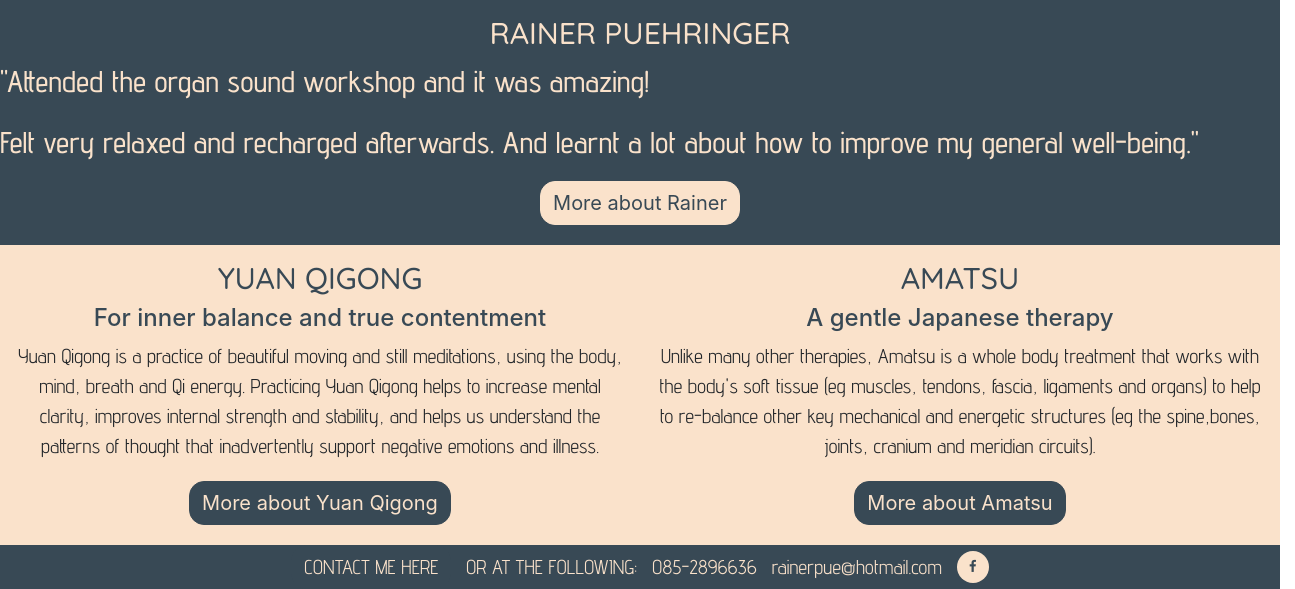
Repository: rainerpue/practitioner_website
Page: about.html
The author's editor kept a record of every edit. The page is drawn from the files as they stood at one moment, then again after the next edit.
The browser window is 1280 px wide. The page is 1295 px wide, so the pictures cover 1295 px, including what lies to the right of the window. The pictures show the part of the page from y = 216 to 805 px (the page is 805 px tall).
Some web libraries are served in a nearby version.

Above is the page before.

### about.html
<!DOCTYPE html>
<html lang="en">

<head>
    <meta charset="UTF-8">
    <meta name="viewport" content="width=device-width, initial-scale=1.0">
    <meta http-equiv="X-UA-Compatible" content="ie=edge">
    <meta name="description" content="Home page | Rainer Puehringer, Find your Energy flow">
    <meta name="keywords" content="qigong, amatsu, therapy, energy flow, body balance, harmony, Japanese therapy, yuan gong, ireland">
    <meta name="author" content="Rainer Puehringer">
    <!-- style links -->
    <link rel="stylesheet" href="https://stackpath.bootstrapcdn.com/bootstrap/4.3.1/css/bootstrap.min.css" type="text/css" />
    <link rel="stylesheet" href="https://stackpath.bootstrapcdn.com/font-awesome/4.7.0/css/font-awesome.min.css" type="text/css" />

    <!-- link to my css file comes after to make sure it render over bootstrap style -->
    <link rel="stylesheet" href="assets/css/style.css" type="text/css" />

    <title>Rainer Puehringer, Find your Energy flow with Yuan Qigong and Amatsu</title>

</head>

<body>
    <!-- navbar and logo -->
    <!-- blue background will only show on bigger screens, set to transparent for mobile device -->
    <nav class="navbar navbar-expand-md fixed-top navbar-light bg-coral">
        <!-- logo -->
        <a href="index.html" class="navbar-brand logo">
            <img src="assets/images/logo.jpeg" width="150" height="100" alt="logo">
        </a>
        <!-- button for smaller devices -->
        <button class="navbar-toggler" type="button" data-toggle="collapse" data-target="#burger" aria-controls="burger" aria-expanded="false" aria-label="Toggle navigation">
    <span class="fa fa-bars"></span>
  </button>
        <!-- navigation items which drop down vertically from burger icon in smaller devices -->
        <div class="collapse navbar-collapse" id="burger">
            <ul class="navbar-nav mr-auto text-uppercase">
                <li class="nav-item">
                    <a class="nav-link" href="index.html">Home</a>
                </li>
                <li class="nav-item">
                    <a class="nav-link" href="about.html">About</a>
                </li>
                <li class="nav-item">
                    <a class="nav-link" href="index.html">Yuan Qigong - Harmony</a>
                </li>
                <li class="nav-item">
                    <a class="nav-link" href="index.html">Amatsu - Japanese Therapy</a>
                </li>
                <li class="nav-item">
                    <a class="nav-link" href="index.html">Contact</a>
                </li>
            </ul>
        </div>
    </nav>

    <!-- end navbar -->


    <!-- about image banner -->
    <main>
        <div class="container-fluid">
            <div class="row">
                <div class="col-12 about-image">
                </div>
            </div>
        </div>

        <!-- testimonials in a carrousel -->
        <section class="bg-grey">
            <div class="row">
                <div class="col text-center">
                    <h3 class="text-uppercase">RAINER PUEHRINGER</h3>
                </div>
            </div>
            <div class="row">
                <div class="carousel-inner col-12">
                    <div class="carousel-item active" data-interval="40000">
                        <blockquote class="d-block w-100 color-slide">"Attended the organ sound workshop and it was amazing!</blockquote>
                        <blockquote class="d-block w-100 color-slide">Felt very relaxed and recharged afterwards. And learnt a lot about how to improve my general well-being."</blockquote>
                    </div>
                    <div class="carousel-item" data-interval="40000">
                        <blockquote class="d-block w-100 color-slide">"Rainer has a deep knowledge on the working of the human body and his Amatsu sessions are great at dealing with the route cause of your pains and ailments.</blockquote>
                        <blockquote class="d-block w-100 color-slide">I highly recommend him"</blockquote>
                    </div>
                    <div class="carousel-item " data-interval="40000 ">
                        <blockquote class="d-block w-100 color-slide">"Had an Amatsu session with Rainer who quickly and reliably identified sources of my posture problems, which caused me trouble for many many years.</blockquote>
                        <blockquote class="d-block w-100 color-slide">A great feeling!"</blockquote>
                    </div>
                </div>
            </div>
            <div class="container-fluid">
                <div class="row text-center">
                    <div class="col-12">
                        <a class="btn btn--gal btn--coral" href="#">More about Rainer</a>
                    </div>
                </div>
            </div>
        </section>

        <!-- brief introduction section -->

        <section class="intro bg-intro" id="intro">
            <div class="row intro">
                <div class="col-12 col-md-6 text-center">
                    <h3 class="text-uppercase color-intro">Yuan Qigong</h3>
                    <h4 class="color-intro">For inner balance and true contentment</h4>
                    <p class="content-intro">Yuan Qigong is a practice of beautiful moving and still meditations, using the body, mind, breath and Qi energy. Practicing Yuan Qigong helps to increase mental clarity, improves internal strength and stability, and helps us understand
                        the patterns of thought that inadvertently support negative emotions and illness.</p>

                    <div class="row text-center">
                        <div class="col-12">
                            <a class="btn btn--gal btn--grey" href="#">More about Yuan Qigong</a>
                        </div>
                    </div>
                </div>
                <hr class="section-divider">
                <div class="col-12 col-md-6 text-center">
                    <h3 class="text-uppercase  color-intro">Amatsu</h3>
                    <h4 class="color-intro">A gentle Japanese therapy</h4>
                    <p class="content-intro">Unlike many other therapies, Amatsu is a whole body treatment that works with the body's soft tissue (eg muscles, tendons, fascia, ligaments and organs) to help to re-balance other key mechanical and energetic structures (eg the spine,bones,
                        joints, cranium and meridian circuits).</p>
                    <div class="row text-center">
                        <div class="col-12">
                            <a class="btn btn--gal btn--grey" href="#">More about Amatsu</a>
                        </div>
                    </div>
                </div>
            </div>
        </section>
    </main>
    <!-- footer -->

    <footer>
        <div class="container-fluid footer">
            <div class="row footer-row">
                <div class="col-12 footer-contact">
                    <a class="btn btn--gal btn--grey text-uppercase" href="#">Contact Me Here</a>
                    <h5 class="text-uppercase">or at the following:</h5>
                    <p>085-2896636</p>
                    <p>rainerpue@hotmail.com</p>
                    <a class="socialmedia" href="https://www.facebook.com/YuanGongandAmatsuwithRainer/" target="_blank">
                    <i class="fa fa-facebook"></i>
                    <span class="sr-only">Facebook</span>
                    </a>
                </div>
            </div>
        </div>
    </footer>

    <script src="https://code.jquery.com/jquery-3.2.1.slim.min.js " integrity="sha384-KJ3o2DKtIkvYIK3UENzmM7KCkRr/rE9/Qpg6aAZGJwFDMVNA/GpGFF93hXpG5KkN " crossorigin="anonymous "></script>
    <script src="https://cdnjs.cloudflare.com/ajax/libs/popper.js/1.12.9/umd/popper.min.js " integrity="sha384-ApNbgh9B+Y1QKtv3Rn7W3mgPxhU9K/ScQsAP7hUibX39j7fakFPskvXusvfa0b4Q " crossorigin="anonymous "></script>
    <script src="https://maxcdn.bootstrapcdn.com/bootstrap/4.0.0/js/bootstrap.min.js " integrity="sha384-JZR6Spejh4U02d8jOt6vLEHfe/JQGiRRSQQxSfFWpi1MquVdAyjUar5+76PVCmYl " crossorigin="anonymous "></script>
</body>

</html>

### assets/css/style.css
@import url('https://fonts.googleapis.com/css?family=Advent+Pro:100,200,300,400,500,600,700|Quicksand:300,400,500,700|Poppins:100,200,300,400,500,600,700,800');

body {}

/*-----------------------------------------Colour */

.bg-coral {
    background-color: transparent;
}

.bg-grey {
    background-color: #384955;
    color: #FAE2CB;
}

.bg-intro {
    background-color: #FAE2CB;
}

.color-intro {
    color: #384955;
}

/*-----------------------------------------Special paddings/margins/texts */

.container-fluid {
    padding: 0;
    margin: 0;
}

.text-uppercase {
    text-transform: uppercase;
}

.text-center {
    text-align: center;
    margin: 0;
}

h3 {
    padding-top: 15px;
    font-family: "Quicksand", sans-serif;
    font-weight: 500;
    font-size: 30px;
}

a {
    text-decoration: none;
    cursor: pointer;
}

/*-----------------------------------------buttons */

.btn:hover {
    color: #fafafa;
    text-decoration: none;
}

.btn--gal {
    margin-bottom: 20px;
    border-radius: 15px;
    font-size: 20px;
    text-decoration: none;
    cursor: pointer;
}

.btn--grey {
    background-color: #384955;
    border-color: #384955;
    color: #FAE2CB;
}

.btn--grey:hover {
    color: #FF8863;
}

.btn--coral {
    background-color: #FAE2CB;
    border-color: #FAE2CB;
    color: #384955;
}

.btn--coral:hover {
    color: #87B0CD;
}

.btn--footer {
    color: #FAE2CB;
}

/*-----------------------------------------section divider */

.section-divider {
    width: 75px;
    height: 5px;
    border: 0;
    background-color: #fafafa;
    margin: 0;
    text-align: center;
}


/*-----------------------------------------logo */

.logo {
    display: inline-block;
    padding: 0;
    margin: 0;
    line-height: inherit;
    white-space: nowrap;
    background-position: center;
    background-repeat: no-repeat;
    transition: all .5s ease-in-out;
    -moz-transition: all .5s ease-in-out;
    -webkit-transition: all .5s ease-in-out;
}

/*-----------------------------------------burger icon */

.fa-bars {
    font-size: 30px;
    padding: 5px;
}

.navbar-light .navbar-toggler {
    border-color: rgba(0, 0, 0, .3);
    margin-right: 15px;
}

/*-----------------------------------------nav */

.navbar {
    padding: 0;
    text-align: center;
    overflow: auto;
}

.navbar-collapse {
    background-color: #FAE2CB
}

.nav-item {
    padding-left: 15px;
}

.nav-item a {
    color: #384955;
    font-family: "Quicksand", sans-serif;
    font-weight: 500;
    font-size: 20px;
    transition: background-color .2s ease-in-out, color .2s ease-in-out;
}

.nav-item a:hover {
    color: #FAE2CB!important;
    background-color: #384955;
}

/*-----------------------------------------full background image with attention */

.home-image {
    min-height: 95vh;
    align-items: center;
    position: relative;
    background: url(../images/home-image.jpg) no-repeat center center fixed;
    -webkit-background-size: cover;
    -moz-background-size: cover;
    -o-background-size: cover;
    background-size: cover;
    padding-top: 100px;
}

.opaque-overlay {
    position: absolute;
    top: 0;
    left: 0;
    height: 100%;
    width: 100%;
    background: rgba(0, 0, 0, 0.2);
}

.attention {
    width: 80%;
    color: #fafafa;
    font-family: "Advent Pro", sans-serif;
    font-size: 40px;
    font-weight: 600;
    padding-left: 15px;
    padding-top: 200px;
}

/*-----------------------------------------testimonials in carrousel */

.slide {
    position: relative;
    display: flex;
    align-items: center;
    min-height: 30vh;
    text-align: center;
    padding: 5px 30px;
}

blockquote {
    width: 80px;
    font-family: "Advent Pro", sans-serif;
    font-weight: 500;
    font-size: 30px;
}

/*-----------------------------------------home intro section */

.intro {
    width: 100%;
    padding: 0;
    margin: 0;
    min-height: 20vh;
}

.content-intro {
    font-family: "Advent Pro", sans-serif;
    font-size: 20px;
    font-weight: 400;
    margin-bottom: 20px;
}

/*-----------------------------------------footer */

.footer {
    background-color: #384955;
    margin: 0;
}

.footer-row {
    padding: 0 15px;
}

.footer-contact {
    font-family: "Advent Pro", sans-serif;
    text-align: center;
    align-items: center;
    justify-content: center;
    color: #FAE2CB;
}

.footer-contact a {
    margin-bottom: 0;
}

.footer-contact p {
    margin: 0;
    font-weight: 400;
    font-size: 20px;
    padding-left: 15px;
}

.footer-contact h5 {
    margin: 0;
    font-weight: 400;
    font-size: 20px;
    padding-left: 15px;
}

.socialmedia {
    padding-left: 15px;
}

.socialmedia i {
    width: 32px;
    height: 32px;
    padding: 12px 0;
    border-radius: 50%;
    font-size: 13px;
    line-height: 7px;
    text-align: center;
    color: #384955;
    background: #FAE2CB;
    transition: all 0.35s ease-in-out;
    -moz-transition: all 0.35s ease-in-out;
    -webkit-transition: all 0.35s ease-in-out;
    -o-transition: all 0.35s ease-in-out;
}

.social-links i:hover {
    background: #e84610;
}

/*-----------------------------------------about page */

.about-image {
    min-height: 30vh;
    background: url(../images/about-image.jpg);
    -webkit-background-size: 100% 100%;
    -moz-background-size: 100% 100%;
    -o-background-size: 100% 100%;
    background-size: 100% 100%;
    width: 100vw;
    background-repeat: no-repeat;
    position: relative;
    }

.slide {
    position: relative;
    display: flex;
    align-items: center;
    min-height: 30vh;
    text-align: center;
    padding: 5px 30px;
}

/*-----------------------------------------media queries */

/*-----------------------------------------media query to add navbar color background color on bigger screens */

@media (min-width: 768px) {
    .bg-coral {
        background-color: #FAE2CB;
    }
}

@media (min-width: 768px) {
    .attention {
        padding-top: 400px;
        width: 60%;
        font-size: 50px;
    }
}

@media (min-width: 992px) {
    .attention {
        width: 60%;
        font-size: 50px;
    }
}

@media (min-width: 768px) {
    .slide {
        min-height: 20vh;
    }
}

@media (min-width: 768px) {
    .section-divider {
        width: 0px;
        height: 0px;
        border: 0;
    }
}

@media (min-width: 768px) {
    .footer-contact {
        display: flex;
    }
}

After the next edit:
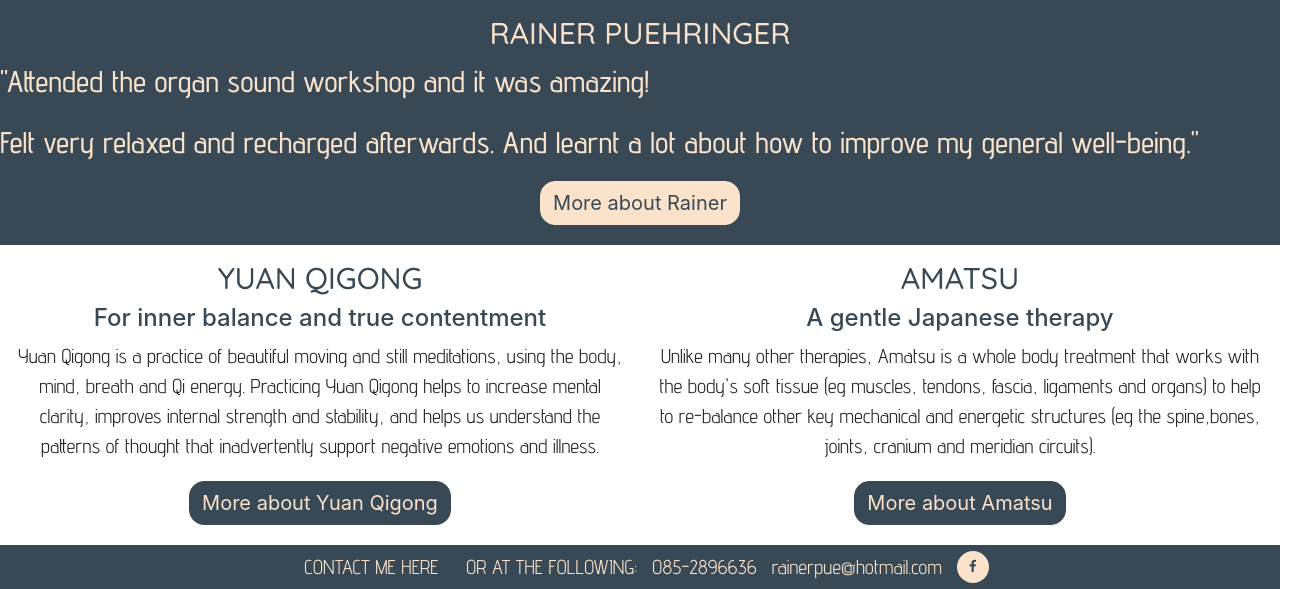
The edit:
--- a/assets/css/style.css
+++ b/assets/css/style.css
@@ -13,7 +13,7 @@
     color: #FAE2CB;
 }
 
-.bg-intro {
+.bg-coral {
     background-color: #FAE2CB;
 }
 
